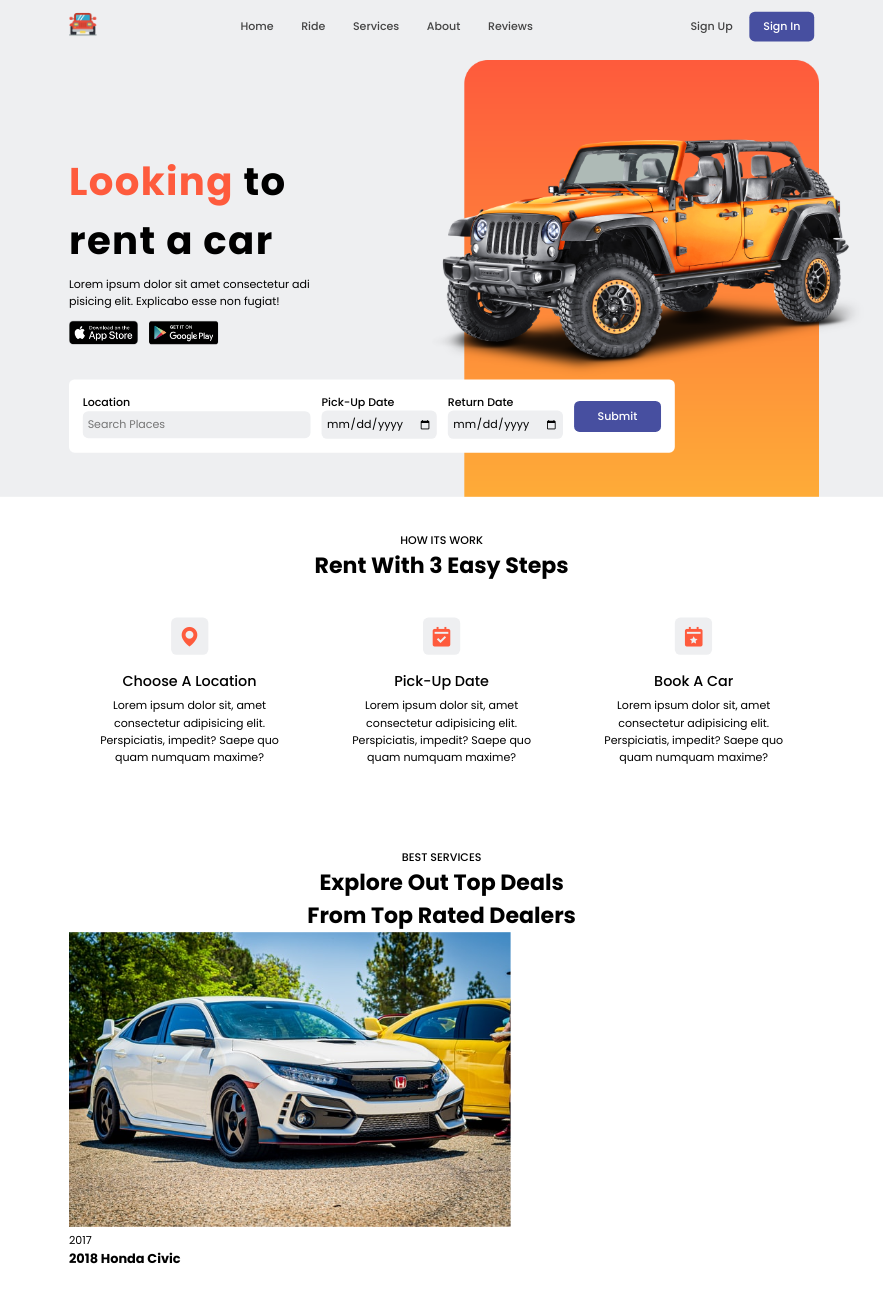
Repository: douglasabnovato/car-rental
Page: index.html
These files come from the project's save history. The page is drawn as it stood at one moment and after a run of saves; the edit follows.
The browser window is 1280 px wide. The pictures show the whole page, at 69% of full size.

Above is the page before, as saved 2025-05-16 15:02:37.

After the next 2 saves:
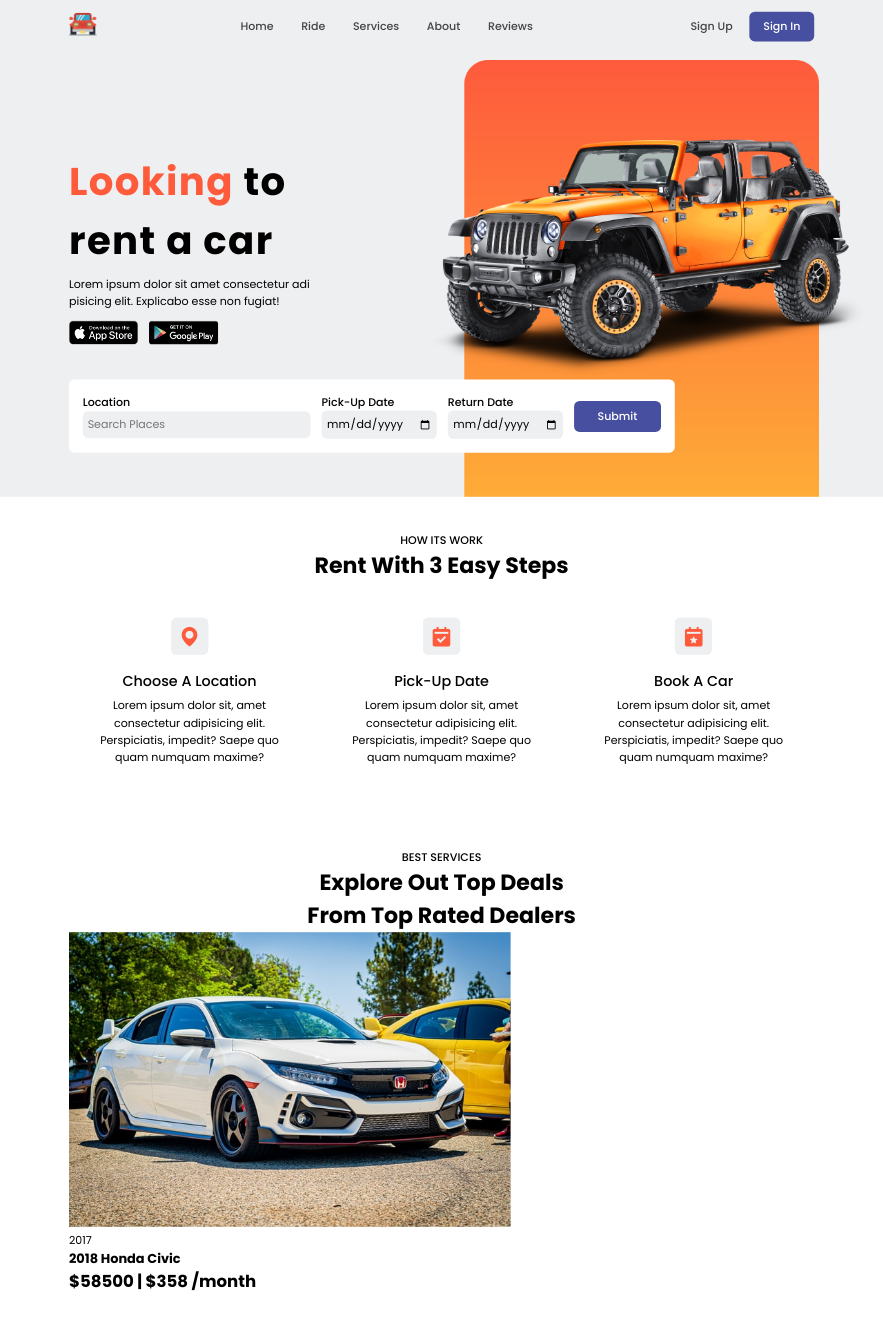
The 2 saves are shown as one change because they came seconds apart.
The last was saved 51 s later.
--- a/index.html
+++ b/index.html
@@ -111,13 +111,13 @@
       <div class="services-container">
         <div class="box">
           <div class="box-img">
-            <img src="./assets/car1.jpg" alt="car1">
+            <img src="./assets/car1.jpg" alt="car1" />
           </div>
           <p>2017</p>
           <h3>2018 Honda Civic</h3>
+          <h2>$58500 | $358 <span> /month</span></h2>
         </div>
       </div>
-
     </section>
 
     <!-- Link to JS -->
